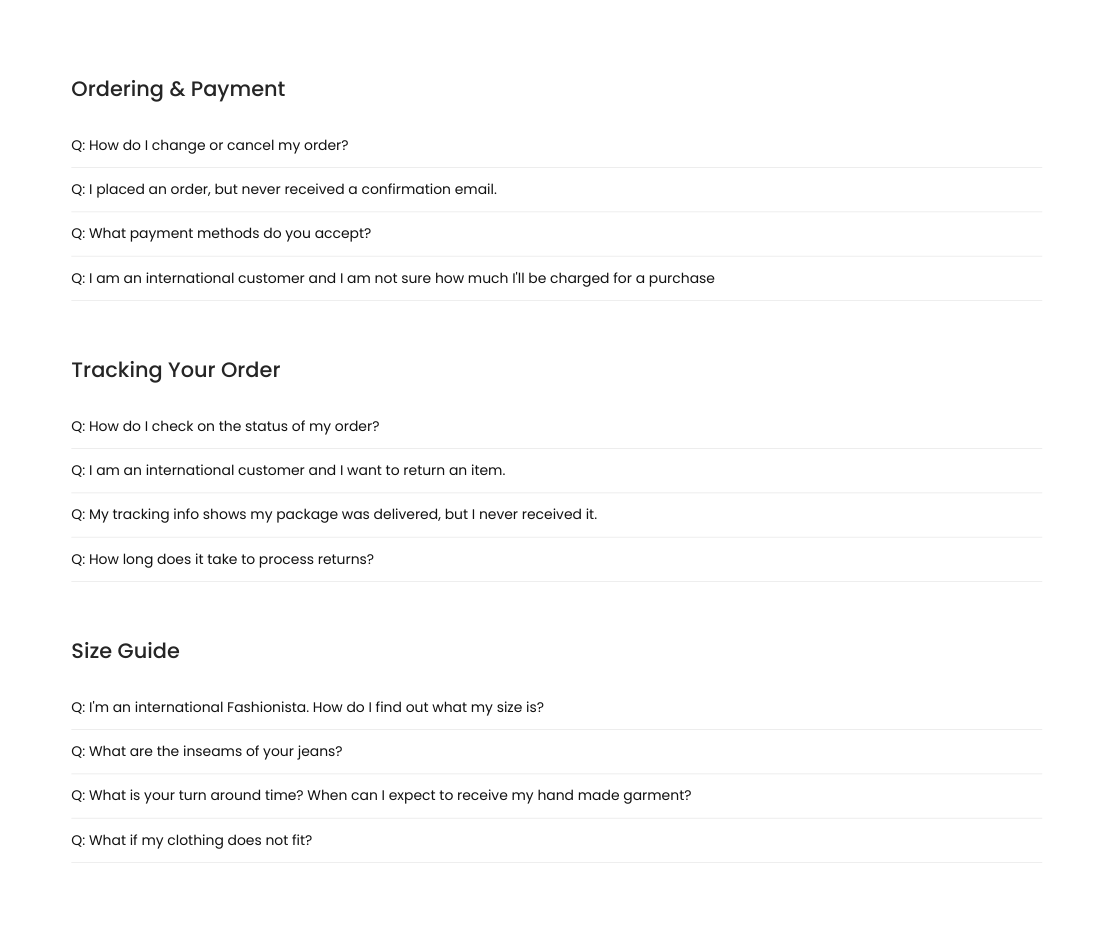
Repository: ST-United-Internship/Modaz-4life
Page: FaQ/FAQ.html
An editor plug-in stored every save of this project. The page is shown before and after the next save, followed by the edit.
The browser window is 1280 px wide. The pictures show the whole page, at 87% of full size.
After loading, the first visible `div.toggle-title` was clicked once.

Above is the page before, as saved 2023-03-22 17:01:53.

### FaQ/FAQ.html
<!DOCTYPE html>
<html lang="en">
<head>
    <meta charset="UTF-8">
    <meta http-equiv="X-UA-Compatible" content="IE=edge">
    <meta name="viewport" content="width=device-width, initial-scale=1.0">
    <link rel="stylesheet" type="text/css" href="FAQ.css" >
    <link href="https://cdn.jsdelivr.net/npm/bootstrap@5.3.0-alpha1/dist/css/bootstrap.min.css" rel="stylesheet" integrity="sha384-GLhlTQ8iRABdZLl6O3oVMWSktQOp6b7In1Zl3/Jr59b6EGGoI1aFkw7cmDA6j6gD" crossorigin="anonymous">
    <title>Document</title>
</head>
<body class="bodi">
   <!-- <div class="boxed">
    <div class="title-page textImg textImg1" style="background-position: 50% 89px;">
        <div class="container">
            <div class="row">
                <div class="col-md-12">
                    <div class="heading-page">
                    <h1 class="title">FAQ</h1>
                    </div>
                    <div class="breadcrumbs">
                    <ul>
                    <li><a href="index.html">Home</a></li>
                    <li><a href="coming-soon.html">Page</a></li>
                    <li><a href="faqs.html">Faq</a></li>
                    </ul>
                    </div>
                    </div>
            </div>
        </div>
    </div>
   </div>

</div> -->
    <div class="boxed">
        <section class="text-row">
            <div class="container">
                <div class="row">
                    <div class="col-md-12">
                        <div class="over-title">
                            <h2>Ordering & Payment</h2>
                        </div>
                        <div class="over-rise">
                            <div class="over-toggle">
                                <div class="toggle-title">Q: How do I change or cancel my order?</div>
                                <div class="toggle-text">
                                    <p>
                                    We’re super quick at processing orders to make sure that you receive them as soon as possible. You can change your order as much as you like before you click “Check- out” but after this point you will be unable to make changes to your order. Keep in mind our system is designed to fulfill orders as quickly as possible. We cannot cancel or change an order once it has been placed. In such case you can however, return the item to us in accordance with our Returns Policy. If we sent out your package and your items are returned to us (Packages marked "Return to Sender") due to an incorrect/undeliverable address, we will issue a store credit for the net total minus the shipping fee. You will be held responsible for the initial cost of shipping the package.
                                    </p>
                                    </div>
                            </div>
                            <div class="over-toggle">
                                <div class="toggle-title ">Q: I placed an order, but never received a confirmation email.</div>
                                <div class="toggle-text" style="display: block;">
                                    <p>
                                        We’re super quick at processing orders to make sure that you receive them as soon as possible. You can change your order as much as you like before you click “Check- out” but after this point you will be unable to make changes to your order. Keep in mind our system is designed to fulfill orders as quickly as possible. We cannot cancel or change an order once it has been placed. In such case you can however, return the item to us in accordance with our Returns Policy. If we sent out your package and your items are returned to us (Packages marked "Return to Sender") due to an incorrect/undeliverable address, we will issue a store credit for the net total minus the shipping fee. You will be held responsible for the initial cost of shipping the package.
                                    </p>
                                </div>
                            </div>
                            <div class="over-toggle">
                                <div class="toggle-title">Q: What payment methods do you accept?</div>
                                <div class="toggle-text" style="display: block;">
                                    <p>
                                        We’re super quick at processing orders to make sure that you receive them as soon as possible. You can change your order as much as you like before you click “Check- out” but after this point you will be unable to make changes to your order. Keep in mind our system is designed to fulfill orders as quickly as possible. We cannot cancel or change an order once it has been placed. In such case you can however, return the item to us in accordance with our Returns Policy. If we sent out your package and your items are returned to us (Packages marked "Return to Sender") due to an incorrect/undeliverable address, we will issue a store credit for the net total minus the shipping fee. You will be held responsible for the initial cost of shipping the package.
                                    </p>
                                </div>
                            </div>
                            <div class="over-toggle">
                                <div class="toggle-title ">Q: I am an international customer and I am not sure how much I'll be charged for a purchase</div>
                                <div class="toggle-text" style="display: block;">
                                    <p>
                                        We’re super quick at processing orders to make sure that you receive them as soon as possible. You can change your order as much as you like before you click “Check- out” but after this point you will be unable to make changes to your order. Keep in mind our system is designed to fulfill orders as quickly as possible. We cannot cancel or change an order once it has been placed. In such case you can however, return the item to us in accordance with our Returns Policy. If we sent out your package and your items are returned to us (Packages marked "Return to Sender") due to an incorrect/undeliverable address, we will issue a store credit for the net total minus the shipping fee. You will be held responsible for the initial cost of shipping the package.
                                    </p>
                                </div>
                            </div>
                        </div>
                    </div>
                </div>
                <div class="loaded"></div>
                <div class="row">
                    <div class="col-md-12">
                        <div class="over-title">
                            <h2>Tracking Your Order</h2>
                        </div>
                        <div class="over-rise">
                            <div class="over-toggle">
                                <div class="toggle-title ">Q: How do I check on the status of my order?</div>
                                <div class="toggle-text" style="display: block;">
                                    <p>
                                        We’re super quick at processing orders to make sure that you receive them as soon as possible. You can change your order as much as you like before you click “Check- out” but after this point you will be unable to make changes to your order. Keep in mind our system is designed to fulfill orders as quickly as possible. We cannot cancel or change an order once it has been placed. In such case you can however, return the item to us in accordance with our Returns Policy. If we sent out your package and your items are returned to us (Packages marked "Return to Sender") due to an incorrect/undeliverable address, we will issue a store credit for the net total minus the shipping fee. You will be held responsible for the initial cost of shipping the package.
                                    </p>
                                </div>
                            </div>
                            <div class="over-toggle">
                                <div class="toggle-title ">Q: I am an international customer and I want to return an item.</div>
                                <div class="toggle-text" style="display: block;">
                                    <p>
                                        We’re super quick at processing orders to make sure that you receive them as soon as possible. You can change your order as much as you like before you click “Check- out” but after this point you will be unable to make changes to your order. Keep in mind our system is designed to fulfill orders as quickly as possible. We cannot cancel or change an order once it has been placed. In such case you can however, return the item to us in accordance with our Returns Policy. If we sent out your package and your items are returned to us (Packages marked "Return to Sender") due to an incorrect/undeliverable address, we will issue a store credit for the net total minus the shipping fee. You will be held responsible for the initial cost of shipping the package.
                                    </p>
                                </div>
                            </div>
                            <div class="over-toggle">
                                <div class="toggle-title ">Q: My tracking info shows my package was delivered, but I never received it.</div>
                                <div class="toggle-text" style="display: block;">
                                    <p>
                                        We’re super quick at processing orders to make sure that you receive them as soon as possible. You can change your order as much as you like before you click “Check- out” but after this point you will be unable to make changes to your order. Keep in mind our system is designed to fulfill orders as quickly as possible. We cannot cancel or change an order once it has been placed. In such case you can however, return the item to us in accordance with our Returns Policy. If we sent out your package and your items are returned to us (Packages marked "Return to Sender") due to an incorrect/undeliverable address, we will issue a store credit for the net total minus the shipping fee. You will be held responsible for the initial cost of shipping the package.
                                    </p>
                                </div>
                            </div>
                            <div class="over-toggle">
                                <div class="toggle-title ">Q: How long does it take to process returns?</div>
                                <div class="toggle-text" style="display: block;">
                                    <p>
                                        We’re super quick at processing orders to make sure that you receive them as soon as possible. You can change your order as much as you like before you click “Check- out” but after this point you will be unable to make changes to your order. Keep in mind our system is designed to fulfill orders as quickly as possible. We cannot cancel or change an order once it has been placed. In such case you can however, return the item to us in accordance with our Returns Policy. If we sent out your package and your items are returned to us (Packages marked "Return to Sender") due to an incorrect/undeliverable address, we will issue a store credit for the net total minus the shipping fee. You will be held responsible for the initial cost of shipping the package.
                                    </p>
                                </div>
                            </div>
                        </div>
                    </div>
                </div>
                <div class="loaded"></div>
                <div class="row">
                    <div class="col-md-12">
                        <div class="over-title">
                            <h2>Size Guide</h2>
                        </div>
                        <div class="over-rise">
                            <div class="over-toggle">
                                <div class="toggle-title">Q: I'm an international Fashionista. How do I find out what my size is?</div>
                                <div class="toggle-text" style="display: block;">
                                    <p>
                                        We’re super quick at processing orders to make sure that you receive them as soon as possible. You can change your order as much as you like before you click “Check- out” but after this point you will be unable to make changes to your order. Keep in mind our system is designed to fulfill orders as quickly as possible. We cannot cancel or change an order once it has been placed. In such case you can however, return the item to us in accordance with our Returns Policy. If we sent out your package and your items are returned to us (Packages marked "Return to Sender") due to an incorrect/undeliverable address, we will issue a store credit for the net total minus the shipping fee. You will be held responsible for the initial cost of shipping the package.
                                    </p>
                                </div>
                            </div>
                            <div class="over-toggle">
                                <div class="toggle-title ">Q: What are the inseams of your jeans?</div>
                                <div class="toggle-text" style="display: block;">
                                    <p>
                                        We’re super quick at processing orders to make sure that you receive them as soon as possible. You can change your order as much as you like before you click “Check- out” but after this point you will be unable to make changes to your order. Keep in mind our system is designed to fulfill orders as quickly as possible. We cannot cancel or change an order once it has been placed. In such case you can however, return the item to us in accordance with our Returns Policy. If we sent out your package and your items are returned to us (Packages marked "Return to Sender") due to an incorrect/undeliverable address, we will issue a store credit for the net total minus the shipping fee. You will be held responsible for the initial cost of shipping the package.
                                    </p>
                                </div>
                            </div>
                            <div class="over-toggle">
                                <div class="toggle-title ">Q: What is your turn around time? When can I expect to receive my hand made garment?</div>
                                <div class="toggle-text" style="display: block;">
                                    <p>
                                        We’re super quick at processing orders to make sure that you receive them as soon as possible. You can change your order as much as you like before you click “Check- out” but after this point you will be unable to make changes to your order. Keep in mind our system is designed to fulfill orders as quickly as possible. We cannot cancel or change an order once it has been placed. In such case you can however, return the item to us in accordance with our Returns Policy. If we sent out your package and your items are returned to us (Packages marked "Return to Sender") due to an incorrect/undeliverable address, we will issue a store credit for the net total minus the shipping fee. You will be held responsible for the initial cost of shipping the package.
                                    </p>
                                </div>
                            </div>
                            <div class="over-toggle">
                                <div class="toggle-title ">Q: What if my clothing does not fit?</div>
                                <div class="toggle-text" style="display: block;">
                                    <p>
                                        We’re super quick at processing orders to make sure that you receive them as soon as possible. You can change your order as much as you like before you click “Check- out” but after this point you will be unable to make changes to your order. Keep in mind our system is designed to fulfill orders as quickly as possible. We cannot cancel or change an order once it has been placed. In such case you can however, return the item to us in accordance with our Returns Policy. If we sent out your package and your items are returned to us (Packages marked "Return to Sender") due to an incorrect/undeliverable address, we will issue a store credit for the net total minus the shipping fee. You will be held responsible for the initial cost of shipping the package.
                                    </p>
                                </div>
                            </div>
                        </div>
                    </div>
                </div>
            </div>
        </section>
    </div>
  <script src="https://cdn.jsdelivr.net/npm/@popperjs/core@2.11.6/dist/umd/popper.min.js" integrity="sha384-oBqDVmMz9ATKxIep9tiCxS/Z9fNfEXiDAYTujMAeBAsjFuCZSmKbSSUnQlmh/jp3" crossorigin="anonymous"></script>
<script src="https://cdn.jsdelivr.net/npm/bootstrap@5.3.0-alpha1/dist/js/bootstrap.min.js" integrity="sha384-mQ93GR66B00ZXjt0YO5KlohRA5SY2XofN4zfuZxLkoj1gXtW8ANNCe9d5Y3eG5eD" crossorigin="anonymous"></script>

<!--javaScript-->
<script
  src="https://code.jquery.com/jquery-1.12.4.js"
  integrity="sha256-Qw82+bXyGq6MydymqBxNPYTaUXXq7c8v3CwiYwLLNXU="
  crossorigin="anonymous"></script>
<script src="javascript/main.js"></script>
<script>
    (function($) {
    var flatAccordion = function() {
      var speed= {duration: 500};
      $('.toggle-text').hide();
      $('.over-rise .toggle-title.active').siblings('.toggle-text').show();

      $('.over-rise .toggle-title').on('click', function(){
        if(!$(this).is('.active')) {
          $(this).closest('.over-rise').find('.toggle-title.active').toggleClass('active').next().slideToggle(speed);
          $(this).toggleClass('active');
          $(this).next().slideToggle(speed);
        }else {
          $(this).toggleClass('active');
          $(this).next().slideToggle(speed);
        }
      });
    };
	$(function() {
      flatAccordion();
   	});
})(jQuery);
</script>
</body>
</html>

### FaQ/FAQ.css

@import "https://fonts.googleapis.com/css?family=Poppins:100,100i,200,200i,300,300i,400,500,600,700|";
@font-face {
    font-family: 'Poppins';
    font-style: italic;
    font-weight: 100;
    src: url(https://fonts.gstatic.com/s/poppins/v20/pxiAyp8kv8JHgFVrJJLmE0tMMPKzSQ.woff2) format('woff2');
}
 .bodi{
    font: 14px/26px "Poppins",sans-serif;
    font-weight: 300;
    background-color: #fff;
    color: #6e6e6e;
 }
.boxed{
    overflow: hidden;
    position: relative;
}
.text-row{
    clear: both;
    display: block;
    position: relative;
    padding: 87px 0 63px 0;
    overflow: hidden;
}

.container{
    position: relative;
    margin: 0 auto;
}

.loaded{
    clear: both;
    display: block;
    height: 49px;
}

.over-title{
    margin-bottom: 40px;
}

.over-title > h2{
    font-size: 24px;
    line-height: 30px;
    color: #252525;
    font-family: "Poppins",sans-serif;;
}

.over-rise .over-toggle{
    margin-bottom: 15px;
}

.over-rise .over-toggle .toggle-title{
    font-size: 16px;
    line-height: 20px;
    font-weight: 400;
    color: #111;
    border-bottom: 1px solid #ebebeb;
    padding-bottom: 15px;
    margin-bottom: 11px;
    cursor: pointer;
}

.over-rise .over-toggle .toggle-text{
    border-bottom: 1px solid #ebebeb;
    padding-bottom: 14px;
}

.over-rise .over-toggle .toggle-text p{
    line-height: 24px;
    margin-bottom: 25px;
    font-size: 14px;
    filter: contrast(1%);
    font-family: "Poppins",sans-serif;
}

### FaQ/javascript/main.js

;(function($) {

//    'use strict'
    var flatAccordion = function() {
      var speed= {duration: 600};
      $('.toggle-text').hide();
      $('.over-rise .toggle-title.active').siblings('.toggle-text').show();

      $('.over-rise .toggle-title').on('click', function(){
        if(!$(this).is('.active')) {
          $(this).closest('.over-rise').find('.toggle-title.active').toggleClass('active').next().slideToggle(speed);
          $(this).toggleClass('active');
          $(this).next().slideToggle(speed);
        }else {
          $(this).toggleClass('active');
          $(this).next().slideToggle(speed);
        }
      });
    };

	$(function() {
      flatAccordion();
   	});
})(jQuery);

After the next save:
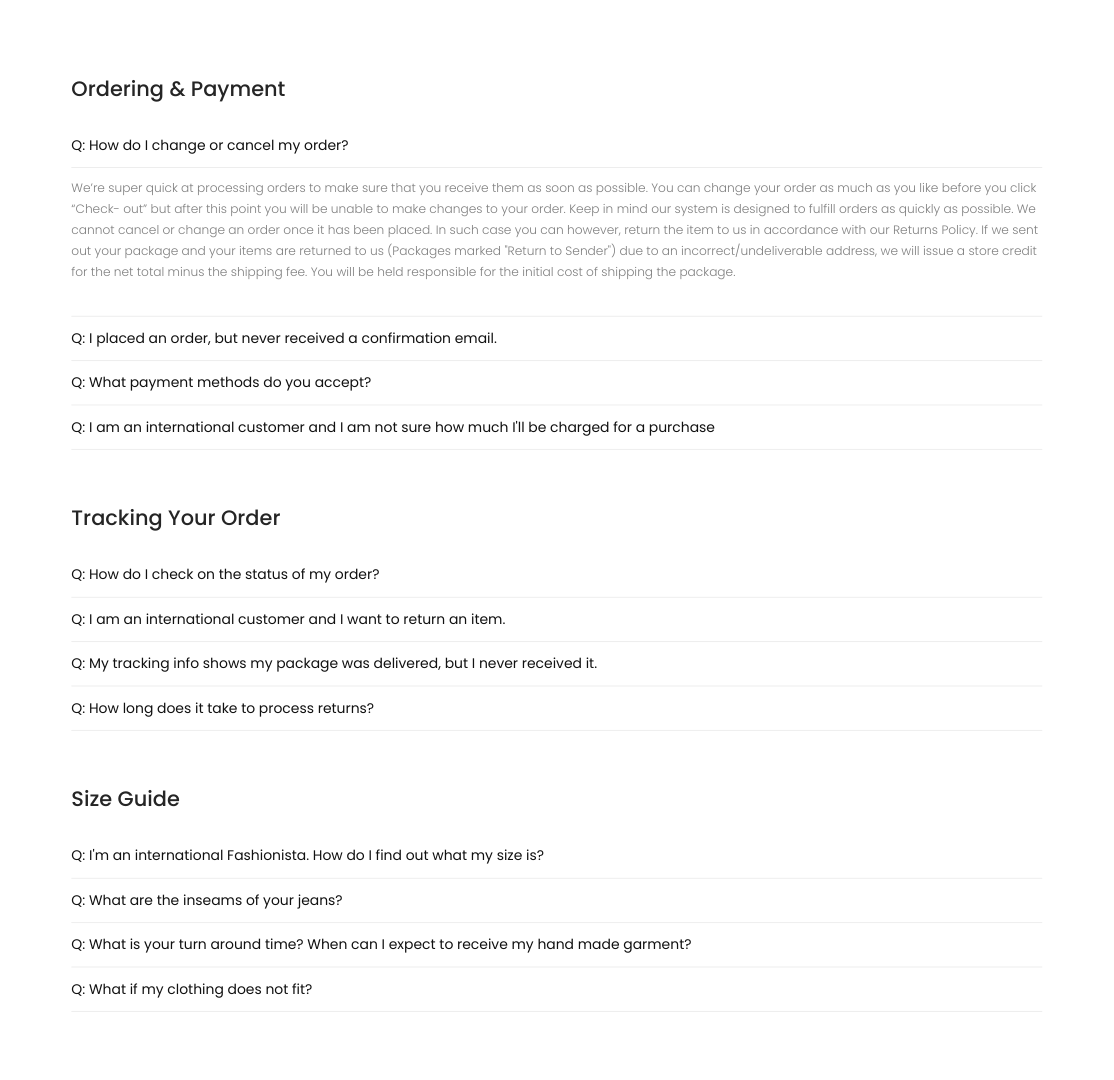
Saved 13 s later.
--- a/FaQ/FAQ.html
+++ b/FaQ/FAQ.html
@@ -171,28 +171,7 @@
   integrity="sha256-Qw82+bXyGq6MydymqBxNPYTaUXXq7c8v3CwiYwLLNXU="
   crossorigin="anonymous"></script>
 <script src="javascript/main.js"></script>
-<script>
-    (function($) {
-    var flatAccordion = function() {
-      var speed= {duration: 500};
-      $('.toggle-text').hide();
-      $('.over-rise .toggle-title.active').siblings('.toggle-text').show();
 
-      $('.over-rise .toggle-title').on('click', function(){
-        if(!$(this).is('.active')) {
-          $(this).closest('.over-rise').find('.toggle-title.active').toggleClass('active').next().slideToggle(speed);
-          $(this).toggleClass('active');
-          $(this).next().slideToggle(speed);
-        }else {
-          $(this).toggleClass('active');
-          $(this).next().slideToggle(speed);
-        }
-      });
-    };
-	$(function() {
-      flatAccordion();
-   	});
-})(jQuery);
 </script>
 </body>
 </html>
